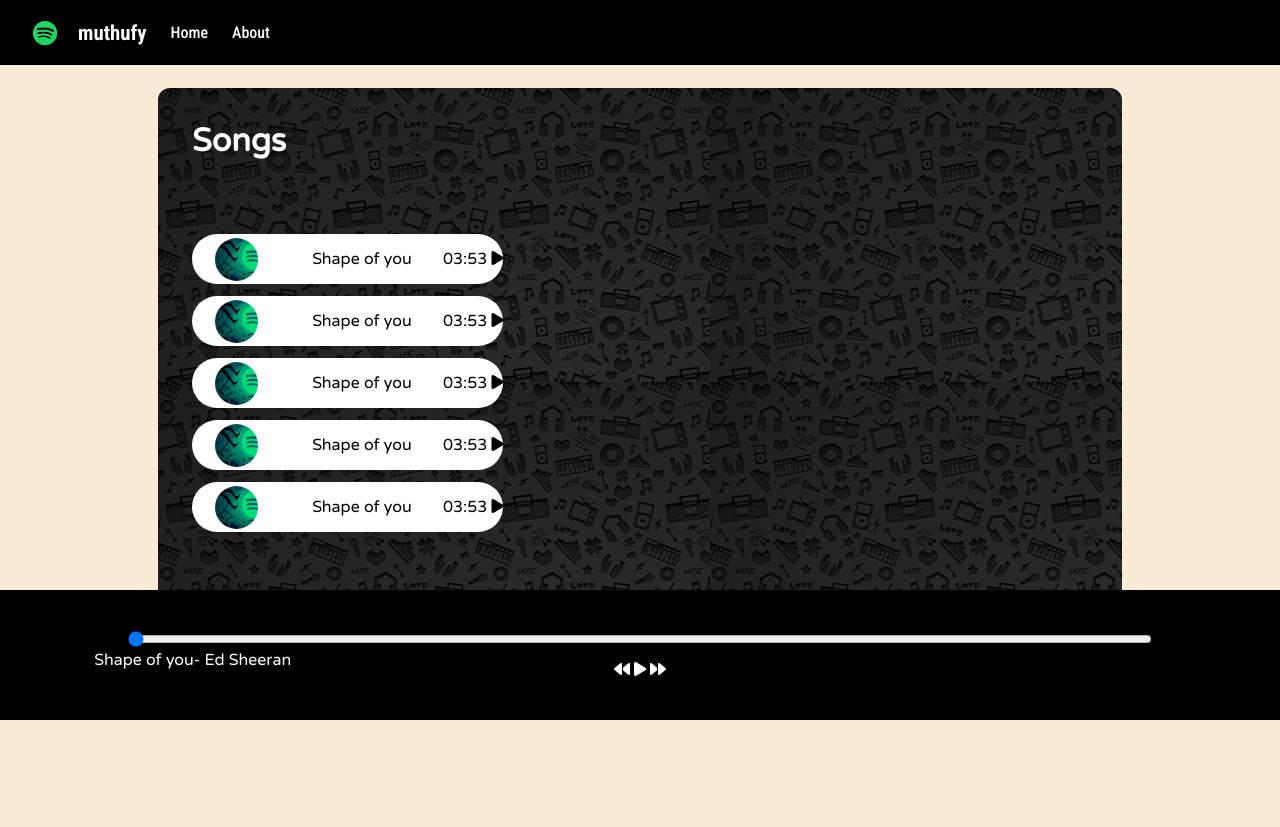
Repository: MBS-Muthiah/Spotify_clone
Page: index.html
An editor plug-in stored every save of this project. The page is shown before and after the next save, followed by the edit.
The browser window is 1280 px wide. The pictures show the whole page.
Some web libraries are served in a nearby version.

Above is the page before, as saved 2024-06-24 14:41:36.
Console error: TypeError: Cannot set properties of undefined (setting 'innerText')

After the next save:
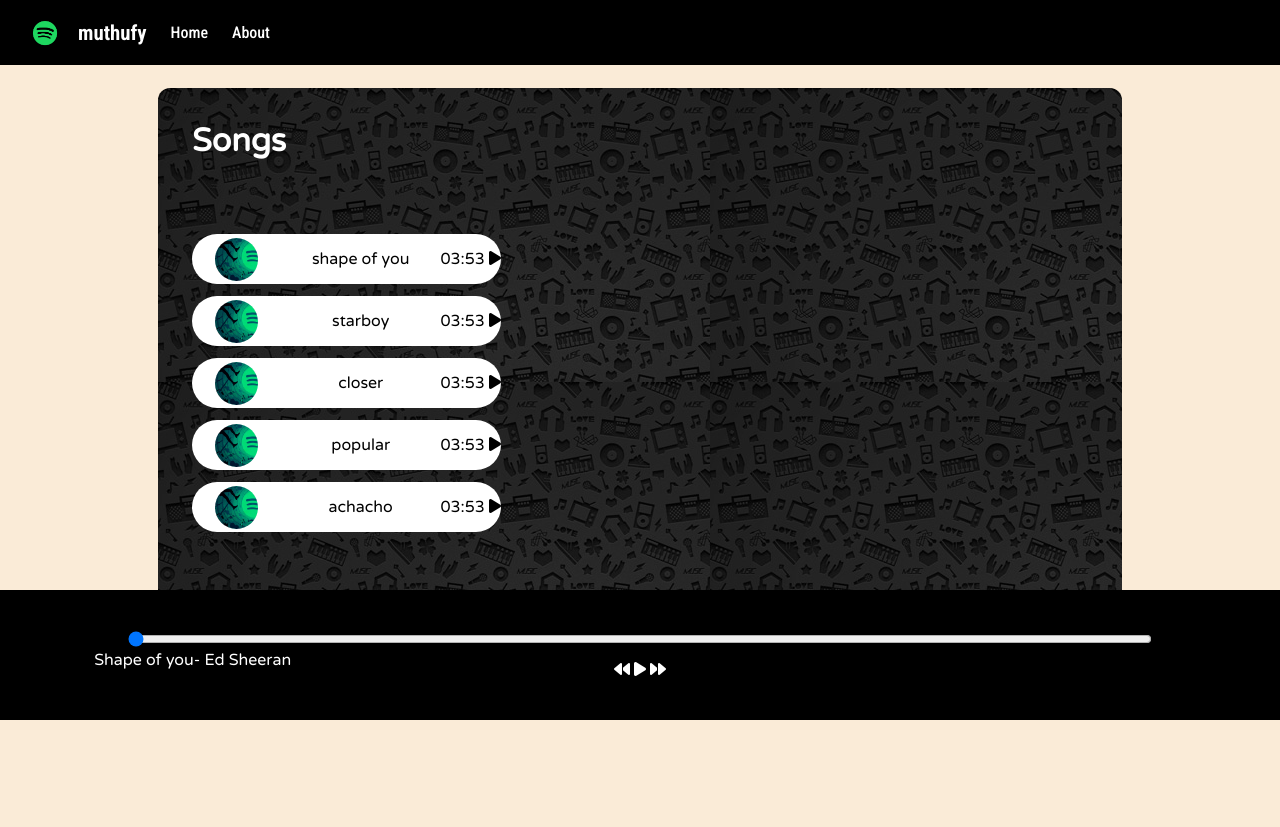
The error is gone.
Saved 45 s later.
--- a/script.js
+++ b/script.js
@@ -19,7 +19,7 @@
 songItems.forEach((element, i)=>{
     console.log(element ,i);
     element.getElementsByTagName("img")[0].src=songs[i].coverPath;
-    element.getElementsByTagName("songName")[0].innerText=songs[i].songName;
+    element.getElementsByTagName("span")[0].innerText=songs[i].songName;
 });
 
 //handle play/pause click
